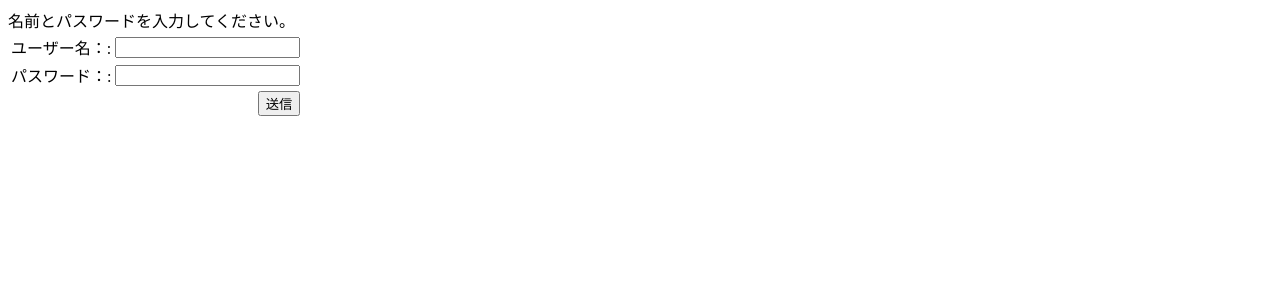
Repository: kashitani0530/test
Page: http://localhost/WebProj2/welcome.jsp
The author's editor kept a copy of each file at every save. The page is drawn from the files as they stood at one save, then again after the next save.
The browser window is 1280 px wide. The pictures show the whole page.
The page is served by Tomcat 9.

Above is the page before, as saved 2018-06-26 08:05:34.

After the next save:
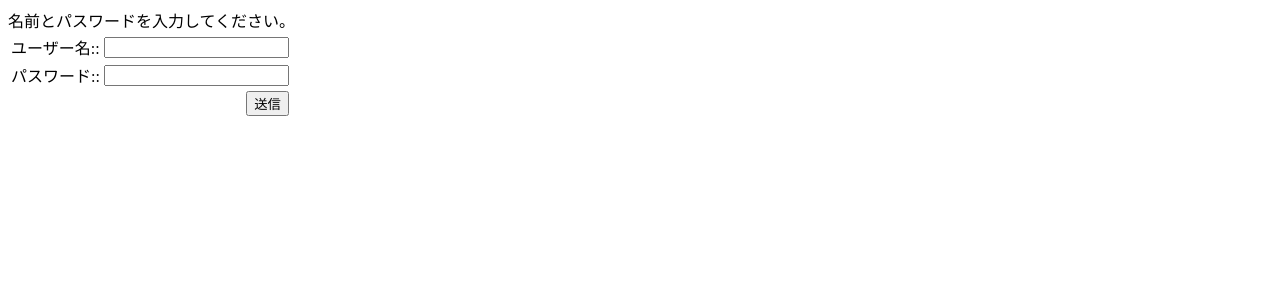
Saved 91 s later.
--- a/WebProj2/WebContent/welcome.jsp
+++ b/WebProj2/WebContent/welcome.jsp
@@ -10,8 +10,8 @@
 <body>
 名前とパスワードを入力してください。
 <s:form method="post" action="LoginAction">
-	<s:textfield name="username" label="ユーザー名：" />
-	<s:password name="password" label="パスワード："/>
+	<s:textfield name="username" label="ユーザー名:" />
+	<s:password name="password" label="パスワード:"/>
 	<s:submit value="送信" />
 </s:form>
 
